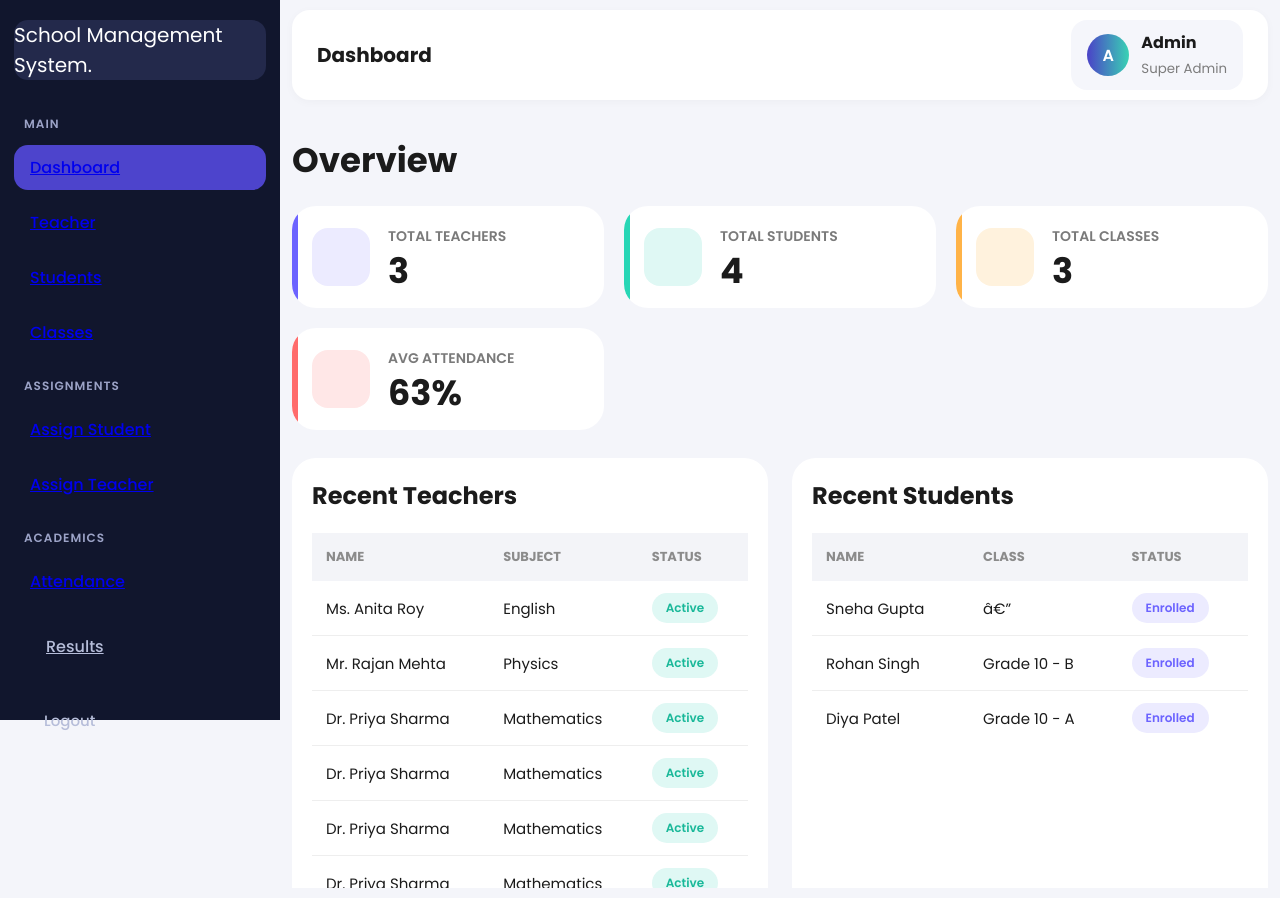
Repository: rohit-rk-07/school_management_system
Page: http://localhost/School_Management_System/dashboard.jsp
These files come from the project's save history. The page is drawn as it stood at one moment and after the next save; the edit follows.
The browser window is 1280 px wide. The pictures show the whole page.
An inner scrolling area shows only its first screen. The page is served by Tomcat 10. Other server files are loaded and not shown.

Above is the page before, as saved 2026-05-20 10:05:22.
Console error: TypeError: Cannot read properties of null (reading 'addEventListener')

### School_Management_System/src/main/webapp/dashboard.jsp
<!DOCTYPE html>
<html lang="en">
<head>
  <meta charset="UTF-8" />
  <meta name="viewport" content="width=device-width, initial-scale=1.0"/>
  <title>School Dashboard</title>

  <link rel="preconnect" href="https://fonts.googleapis.com">
  <link href="https://fonts.googleapis.com/css2?family=Poppins:wght@300;400;500;600;700&display=swap" rel="stylesheet">

  <style>
    *{
      margin:0;
      padding:0;
      box-sizing:border-box;
      font-family:'Poppins',sans-serif;
    }

    body{
      background:#f3f4f8;
      display:flex;
      min-height:100vh;
      color:#1b1b1b;
    }

    /* SIDEBAR */

    .sidebar{
      width:280px;
      background:#11162d;
      color:#fff;
      padding:20px 14px;
      display:flex;
      flex-direction:column;
      justify-content:space-between;
      border-top-right-radius:20px;
      border-bottom-right-radius:20px;
    }

    .logo{
      width:42px;
      height:42px;
      border-radius:12px;
      background:#2a2f55;
      display:flex;
      align-items:center;
      justify-content:center;
      color:#7b6dff;
      font-size:22px;
      margin-bottom:35px;
    }

    .menu-title{
      font-size:12px;
      color:#9ba1c4;
      margin:20px 10px 10px;
      letter-spacing:1px;
      font-weight:600;
    }

    .menu{
      list-style:none;
    }

    .menu li{
      padding:14px 16px;
      border-radius:12px;
      margin-bottom:8px;
      cursor:pointer;
      display:flex;
      align-items:center;
      gap:14px;
      color:#aeb4d1;
      transition:0.3s;
    }

    .menu li:hover{
      background:#242b4d;
    }

    .menu li.active{
      background:#4b42c7;
      color:#fff;
      font-weight:500;
    }

    .bottom-menu{
      margin-top:40px;
    }

    /* MAIN CONTENT */

    .main{
      flex:1;
      padding:10px 12px;
    }

    .topbar{
      background:#fff;
      border-radius:18px;
      padding:10px 25px;
      display:flex;
      justify-content:space-between;
      align-items:center;
      box-shadow:0 2px 10px rgba(0,0,0,0.03);
    }

    .topbar h2{
      font-size:20px;
    }

    .profile{
      display:flex;
      align-items:center;
      gap:12px;
      background:#f5f6fb;
      padding:10px 16px;
      border-radius:16px;
    }

    .avatar{
      width:42px;
      height:42px;
      border-radius:50%;
      background:linear-gradient(to right,#4b42c7,#39d2b4);
      display:flex;
      align-items:center;
      justify-content:center;
      color:#fff;
      font-weight:600;
    }

    .profile small{
      color:#7c7c7c;
    }

    .section-title{
      margin:35px 0 20px;
      font-size:34px;
      font-weight:700;
    }

    .stats{
      display:grid;
      grid-template-columns:repeat(auto-fit,minmax(240px,1fr));
      gap:20px;
    }

    .card{
      background:#fff;
      border-radius:24px;
      padding:20px;
      display:flex;
      align-items:center;
      gap:18px;
      position:relative;
      overflow:hidden;
    }

    .card::before{
      content:"";
      position:absolute;
      left:0;
      top:0;
      width:6px;
      height:100%;
    }

    .card.purple::before{ background:#6c63ff; }
    .card.green::before{ background:#27d6b5; }
    .card.orange::before{ background:#ffb347; }
    .card.red::before{ background:#ff6b6b; }

    .icon-box{
      width:58px;
      height:58px;
      border-radius:16px;
      display:flex;
      align-items:center;
      justify-content:center;
      font-size:24px;
    }

    .purple .icon-box{ background:#ecebff; color:#6c63ff; }
    .green .icon-box{ background:#dff8f4; color:#27d6b5; }
    .orange .icon-box{ background:#fff2dd; color:#ffb347; }
    .red .icon-box{ background:#ffe7e7; color:#ff6b6b; }

    .card h4{
      font-size:14px;
      color:#7a7a7a;
      margin-bottom:6px;
      font-weight:600;
    }

    .card h1{
      font-size:35px;
      line-height:1;
    }

    /* TABLES */

    .table-wrapper{
      margin-top:28px;
      display:grid;
      grid-template-columns:1fr 1fr;
      gap:24px;
      height: 430px;
      overflow-y: scroll;
    }

    .table-card{
      background:#fff;
      border-radius:24px;
      padding:20px;
    }

    .table-card h3{
      margin-bottom:20px;
      font-size:24px;
    }

    table{
      width:100%;
      border-collapse:collapse;
    }

    th{
      text-align:left;
      font-size:13px;
      color:#8b8b8b;
      padding:14px;
      background:#f3f4f8;
    }

    td{
      padding:12px 14px;
      border-bottom:1px solid #eee;
      font-size:15px;
    }

    tr:last-child td{
      border-bottom:none;
    }

    .badge{
      padding:6px 14px;
      border-radius:20px;
      font-size:12px;
      font-weight:600;
      display:inline-block;
    }

    .active-badge{
      background:#dff8f4;
      color:#19b899;
    }

    .enrolled-badge{
      background:#ecebff;
      color:#6c63ff;
    }

    /* RESPONSIVE */

    @media(max-width:1000px){
      .table-wrapper{
        grid-template-columns:1fr;
      }
    }

    @media(max-width:768px){
      body{
        flex-direction:column;
      }

      .sidebar{
        width:100%;
        border-radius:0;
      }

      .main{
        padding:15px;
      }

      .topbar{
        flex-direction:column;
        gap:15px;
        align-items:flex-start;
      }
    }
  </style>
</head>

<body>

  <!-- SIDEBAR -->

  <!--   <div class="sidebar">

    <div>
      <div class="logo"></div>

      <div class="menu-title">MAIN</div>

      <ul class="menu">
        <li class="active">Dashboard</li>
        <li>Teachers</li>
        <li>Students</li>
        <li>Classes</li>
      </ul>

      <div class="menu-title">ASSIGNMENTS</div>

      <ul class="menu">
        <li>Assign Students</li>
        <li>Assign Teachers</li>
      </ul>

      <div class="menu-title">ACADEMICS</div>

      <ul class="menu">
        <li>Attendance</li>
        <li>Results</li>
      </ul>
    </div>

    <div class="bottom-menu">
      <ul class="menu">
        <li>Logout</li>
      </ul>
    </div>

  </div> -->

  <jsp:include page="sidebar.jsp" />

  <!-- MAIN -->

  <div class="main">

    <div class="topbar">
      <h2>Dashboard</h2>

      <div class="profile">
        <div class="avatar">A</div>

        <div>
          <strong>Admin</strong><br>
          <small>Super Admin</small>
        </div>
      </div>
    </div>

    <h1 class="section-title">Overview</h1>

    <!-- STATS -->

    <div class="stats">

      <div class="card purple">
        <div class="icon-box"></div>

        <div>
          <h4>TOTAL TEACHERS</h4>
          <h1>3</h1>
        </div>
      </div>

      <div class="card green">
        <div class="icon-box"></div>

        <div>
          <h4>TOTAL STUDENTS</h4>
          <h1>4</h1>
        </div>
      </div>

      <div class="card orange">
        <div class="icon-box"></div>

        <div>
          <h4>TOTAL CLASSES</h4>
          <h1>3</h1>
        </div>
      </div>

      <div class="card red">
        <div class="icon-box"></div>

        <div>
          <h4>AVG ATTENDANCE</h4>
          <h1>63%</h1>
        </div>
      </div>

    </div>

    <!-- TABLES -->

    <div class="table-wrapper">

      <div class="table-card">

        <h3>Recent Teachers</h3>

        <table>
          <thead>
            <tr>
              <th>NAME</th>
              <th>SUBJECT</th>
              <th>STATUS</th>
            </tr>
          </thead>

          <tbody>
            <tr>
              <td>Ms. Anita Roy</td>
              <td>English</td>
              <td><span class="badge active-badge">Active</span></td>
            </tr>

            <tr>
              <td>Mr. Rajan Mehta</td>
              <td>Physics</td>
              <td><span class="badge active-badge">Active</span></td>
            </tr>

            <tr>
              <td>Dr. Priya Sharma</td>
              <td>Mathematics</td>
              <td><span class="badge active-badge">Active</span></td>
            </tr>

            <tr>
              <td>Dr. Priya Sharma</td>
              <td>Mathematics</td>
              <td><span class="badge active-badge">Active</span></td>
            </tr>

            <tr>
              <td>Dr. Priya Sharma</td>
              <td>Mathematics</td>
              <td><span class="badge active-badge">Active</span></td>
            </tr>

            <tr>
              <td>Dr. Priya Sharma</td>
              <td>Mathematics</td>
              <td><span class="badge active-badge">Active</span></td>
            </tr>

            <tr>
              <td>Dr. Priya Sharma</td>
              <td>Mathematics</td>
              <td><span class="badge active-badge">Active</span></td>
            </tr>

            <tr>
              <td>Dr. Priya Sharma</td>
              <td>Mathematics</td>
              <td><span class="badge active-badge">Active</span></td>
            </tr>

            <tr>
              <td>Dr. Priya Sharma</td>
              <td>Mathematics</td>
              <td><span class="badge active-badge">Active</span></td>
            </tr>

            <tr>
              <td>Dr. Priya Sharma</td>
              <td>Mathematics</td>
              <td><span class="badge active-badge">Active</span></td>
            </tr>

            <tr>
              <td>Dr. Priya Sharma</td>
              <td>Mathematics</td>
              <td><span class="badge active-badge">Active</span></td>
            </tr>

            <tr>
              <td>Dr. Priya Sharma</td>
              <td>Mathematics</td>
              <td><span class="badge active-badge">Active</span></td>
            </tr>
          </tbody>
        </table>

      </div>

      <div class="table-card">

        <h3>Recent Students</h3>

        <table>
          <thead>
            <tr>
              <th>NAME</th>
              <th>CLASS</th>
              <th>STATUS</th>
            </tr>
          </thead>

          <tbody>
            <tr>
              <td>Sneha Gupta</td>
              <td>—</td>
              <td><span class="badge enrolled-badge">Enrolled</span></td>
            </tr>

            <tr>
              <td>Rohan Singh</td>
              <td>Grade 10 - B</td>
              <td><span class="badge enrolled-badge">Enrolled</span></td>
            </tr>

            <tr>
              <td>Diya Patel</td>
              <td>Grade 10 - A</td>
              <td><span class="badge enrolled-badge">Enrolled</span></td>
            </tr>
          </tbody>
        </table>

      </div>

    </div>

  </div>

  <script>
    const toggleBtn = document.getElementById("darkToggle");

    toggleBtn.addEventListener("click", () => {
      document.body.classList.toggle("dark");
    });
  </script>

</body>
</html>

### School_Management_System/src/main/webapp/sidebar.jsp
<!DOCTYPE html>
<html lang="en">
<head>
  <meta charset="UTF-8" />
  <meta name="viewport" content="width=device-width, initial-scale=1.0"/>
  <title>School Sidebar</title>

  <style type="text/css">
  *{
  margin:0;
  padding:0;
  box-sizing:border-box;
}

body{
  font-family:'Poppins',sans-serif;
  background:#f4f5fa;
}

/* SIDEBAR */

.schoolSidebar{
  width:280px;
  height:100vh;
  background:#11162d;
  color:#ffffff;
  padding:20px 14px;
  display:flex;
  flex-direction:column;
  justify-content:space-between;
  /*border-top-right-radius:20px;
  border-bottom-right-radius:20px;*/
  transition:0.3s;
}

/* LOGO */

.schoolSidebarLogo{
  border-radius:14px;
  background:#23294b;
  display:flex;
  align-items:start;
  justify-content:start;
  font-size:20px;
  margin-bottom:35px;
}

/* MENU TITLES */

.schoolSidebarMenuTitle{
  color:#9ca3c7;
  font-size:12px;
  letter-spacing:1px;
  margin:22px 10px 12px;
  font-weight:600;
}

/* MENU */

.schoolSidebarMenuList{
  list-style:none;
}

.schoolSidebarMenuItem{
  display:flex;
  align-items:center;
  gap:14px;
  padding:10px 16px;
  border-radius:14px;
  margin-bottom:10px;
  color:#b6bdd9;
  cursor:pointer;
  transition:0.3s;
  font-size:15px;
  font-weight:500;
}

.schoolSidebarMenuItem a{
  font-size:16px;
}

/* HOVER */

.schoolSidebarMenuItem:hover{
  background:#242b4d;
  color:#ffffff;
}

/* ACTIVE */

.schoolSidebarActive{
  background:#4d44cc;
  color:#ffffff;
}

/* DARK MODE */

.schoolSidebarDark{
  background:#050814;
}

.schoolSidebarDark .schoolSidebarMenuItem:hover{
  background:#1c2445;
}

/* RESPONSIVE */

@media(max-width:768px){

  .schoolSidebar{
    width:100%;
    height:auto;
    border-radius:0;
  }

}
  </style>

  <link rel="preconnect" href="https://fonts.googleapis.com">
  <link href="https://fonts.googleapis.com/css2?family=Poppins:wght@300;400;500;600;700&display=swap" rel="stylesheet">
</head>

<body>

  <aside class="schoolSidebar">

    <!-- LOGO -->
    <div class="schoolSidebarTop">

      <div class="schoolSidebarLogo">
        School Management System.
      </div>

      <!-- MAIN MENU -->
      <div class="schoolSidebarMenuTitle">
        MAIN
      </div>

      <ul class="schoolSidebarMenuList">

        <li class="schoolSidebarMenuItem schoolSidebarActive">
          <a href="dashboard.jsp">Dashboard</a>
        </li>

        <li class="schoolSidebarMenuItem">
          <a href="teacher.jsp">Teacher</a>
        </li>

        <li class="schoolSidebarMenuItem">
          <a href="student.jsp">Students</a>
        </li>

        <li class="schoolSidebarMenuItem">
          <a href="classes.jsp">Classes</a>
        </li>

      </ul>

      <!-- ASSIGNMENTS -->
      <div class="schoolSidebarMenuTitle">
        ASSIGNMENTS
      </div>

      <ul class="schoolSidebarMenuList">

        <li class="schoolSidebarMenuItem">
          <a href="assignStudent.jsp">Assign Student</a>
        </li>

        <li class="schoolSidebarMenuItem">
          <a href="assignTeacher.jsp">Assign Teacher</a>
        </li>

      </ul>

      <!-- ACADEMICS -->
      <div class="schoolSidebarMenuTitle">
        ACADEMICS
      </div>

      <ul class="schoolSidebarMenuList">

        <li class="schoolSidebarMenuItem">
          <a href="attendance.jsp">Attendance</a>
        </li>

        <li class="schoolSidebarMenuItem">
          <a class="schoolSidebarMenuItem" href="results.jsp">Results</a>
        </li>

      </ul>

    </div>

    <!-- BOTTOM -->
    <div class="schoolSidebarBottom">

      <ul class="schoolSidebarMenuList">

        <li class="schoolSidebarMenuItem">
          <span></span>
          Logout
        </li>

      </ul>

    </div>

  </aside>

  <script>
//ACTIVE MENU

  const schoolSidebarItems = document.querySelectorAll(".schoolSidebarMenuItem");

  schoolSidebarItems.forEach(item => {

    item.addEventListener("click", () => {

      schoolSidebarItems.forEach(nav => {
        nav.classList.remove("schoolSidebarActive");
      });

      item.classList.add("schoolSidebarActive");

    });

  });


  // DARK MODE

  const schoolSidebar = document.querySelector(".schoolSidebar");

  const schoolSidebarDarkBtn = document.getElementById("schoolSidebarDarkBtn");

  schoolSidebarDarkBtn.addEventListener("click", () => {

    schoolSidebar.classList.toggle("schoolSidebarDark");

  });
  </script>

</body>
</html>

After the next save:
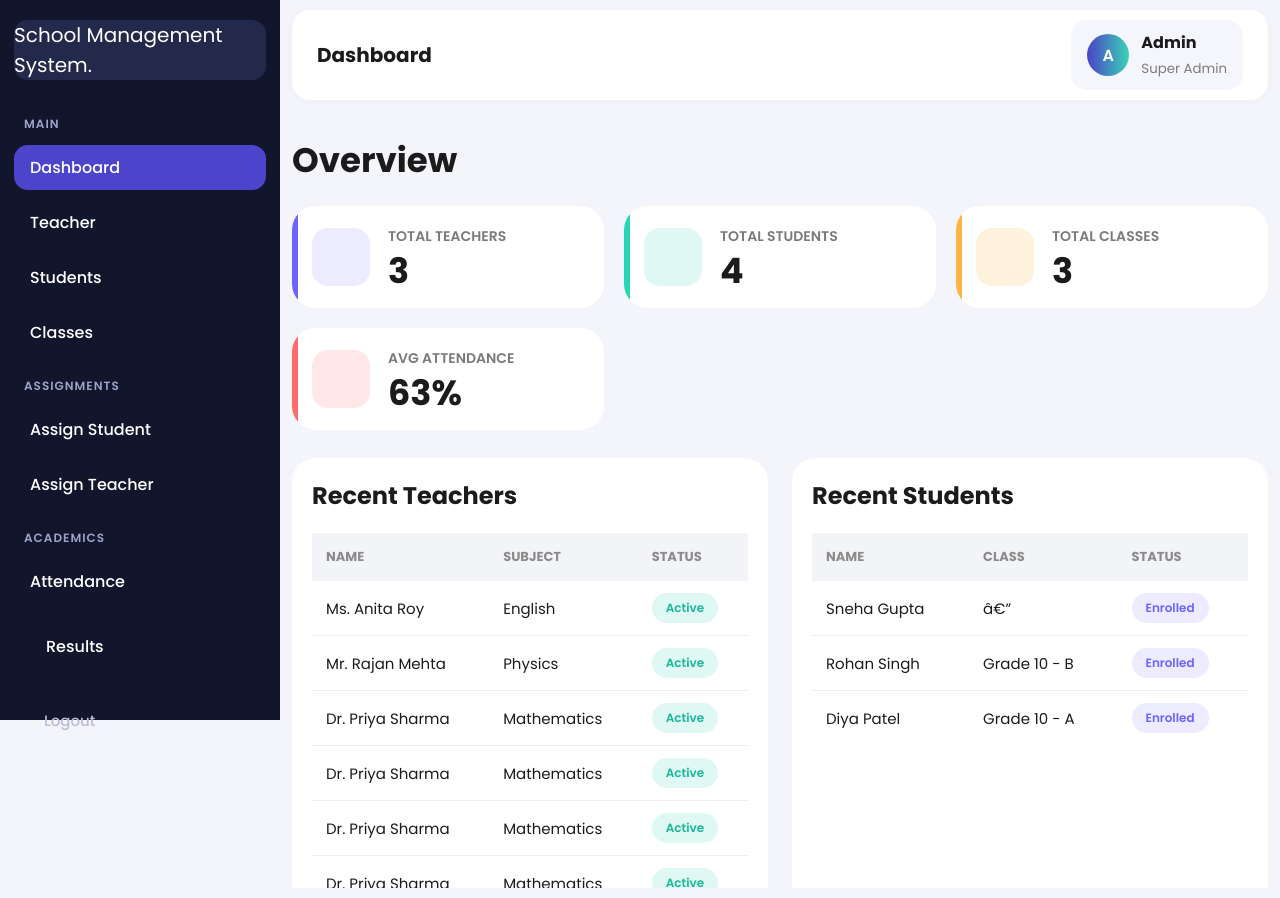
Saved 22 s later.
--- a/School_Management_System/src/main/webapp/sidebar.jsp
+++ b/School_Management_System/src/main/webapp/sidebar.jsp
@@ -77,6 +77,8 @@ body{
 
 .schoolSidebarMenuItem a{
   font-size:16px;
+  text-decoration: none;
+  color: #fff;
 }
 
 /* HOVER */
